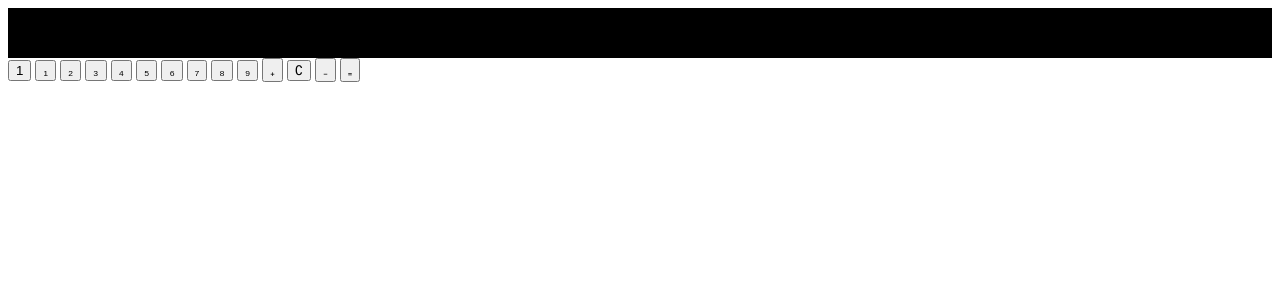
Repository: TEazy2433/LAB-calculator
Page: index.html
The author's editor kept a copy of each file at every save. The page is drawn from the files as they stood at one save, then again after the next save.
The browser window is 1280 px wide. The pictures show the whole page.

Above is the page before, as saved 2023-10-12 20:16:27.

After the next save:
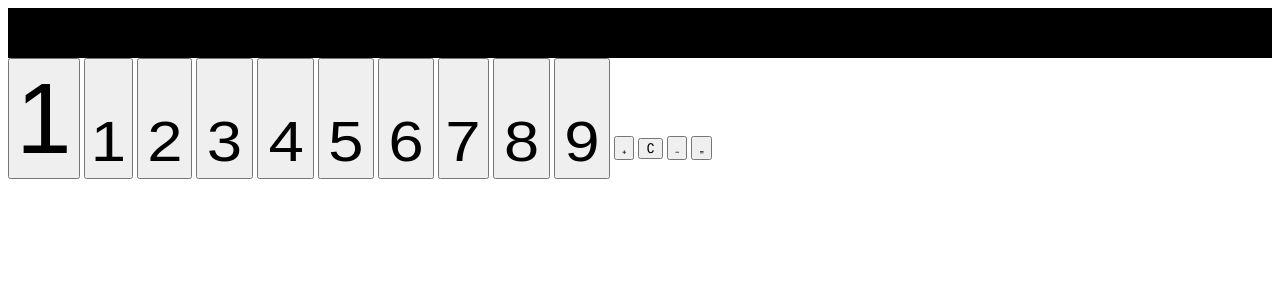
Saved 56 s later.
--- a/main.css
+++ b/main.css
@@ -20,3 +20,6 @@
 button{
   flex: 1 25%;
 }
+.btn-number{
+  font-size: 100px;
+}
